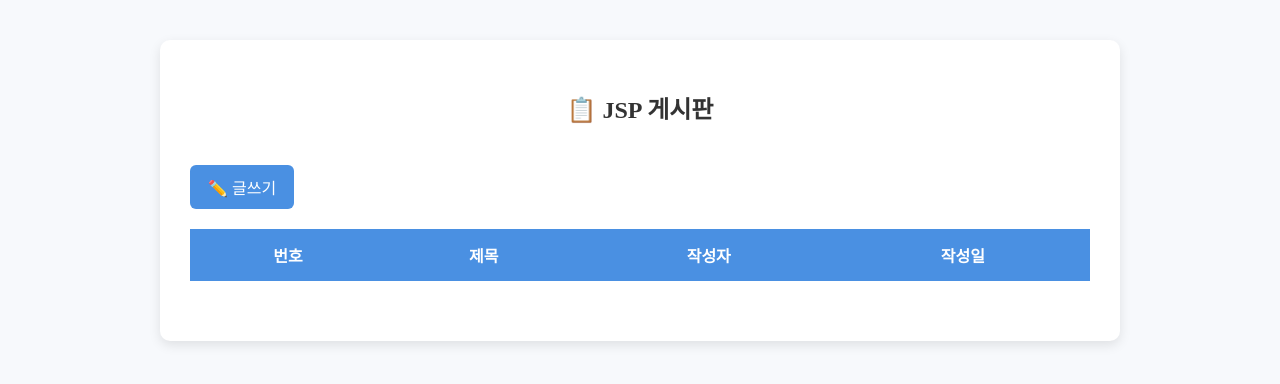
Repository: minho00123/sw-professional-training
Page: http://localhost/assignment/list
These files come from the project's save history. The page is drawn as it stood at one moment and after a run of saves; the edit follows.
The browser window is 1280 px wide. The pictures show the whole page.
The page is served by Tomcat 9. Other server files are loaded and not shown. Queries for data that is not in the repository find no rows.

Above is the page before, as saved 2025-05-03 08:03:00.

### webWorkspace/assignment/WebContent/list.jsp
<%@ page contentType="text/html; charset=UTF-8" language="java"%>
<%@ page import="java.util.List"%>
<%@ page import="com.mvc.model.*"%>
<!DOCTYPE html>
<html>
<head>
<title>📋 JSP 게시판</title>
<style>
body {
	background-color: #f7f9fc;
}

.container {
	width: 80%;
	max-width: 900px;
	margin: 40px auto;
	background-color: #fff;
	box-shadow: 0 4px 12px rgba(0, 0, 0, 0.1);
	border-radius: 10px;
	padding: 30px;
}

h2 {
	text-align: center;
	color: #333;
}

table {
	width: 100%;
	border-collapse: collapse;
	margin-top: 20px;
}

th, td {
	padding: 14px 10px;
	text-align: center;
}

th {
	background-color: #4a90e2;
	color: white;
}

tr:nth-child(even) {
	background-color: #f1f5fa;
}

tr:hover {
	background-color: #e1ecf7;
	transition: 0.3s;
}

.write-btn, .search-box {
	margin-top: 20px;
	display: flex;
	justify-content: space-between;
}

.write-btn a {
	background-color: #4a90e2;
	color: white;
	padding: 10px 18px;
	border-radius: 6px;
	text-decoration: none;
}

.pagination {
	text-align: center;
	margin-top: 30px;
}

.pagination a {
	margin: 0 5px;
	padding: 8px 12px;
	text-decoration: none;
	background-color: #eee;
	color: #333;
	border-radius: 4px;
}

.pagination a.active {
	background-color: #4a90e2;
	color: white;
}

.pagination .arrow {
	font-size: 16px;
	font-weight: bold;
}

.pagination a.arrow:hover {
	background-color: #4a90e2;
	color: white;
}

.search-box input[type="text"] {
	padding: 8px;
	width: 200px;
	border-radius: 4px;
	border: 1px solid #ccc;
}

.search-box input[type="submit"] {
	padding: 8px 12px;
	background-color: #4a90e2;
	color: white;
	border: none;
	border-radius: 4px;
	cursor: pointer;
}
</style>
</head>
<body>
	<div class="container">
		<h2>📋 JSP 게시판</h2>

		<div class="search-box">
			<div class="write-btn">
				<a href="write.jsp">✏️ 글쓰기</a>
			</div>
		</div>

		<table>
			<tr>
				<th>번호</th>
				<th>제목</th>
				<th>작성자</th>
				<th>작성일</th>
			</tr>
			<%
				List<BoardDto> boardList = (List<BoardDto>) request.getAttribute("dataList");
				int currentPage = (Integer) request.getAttribute("currentPage");
				int totalPages = (Integer) request.getAttribute("totalPages");
			%>
			<%
				for (BoardDto board : boardList) {
			%>
			<tr>
				<td><%=board.getId()%></td>
				<td style="text-align: left;"><a
					href="detail.jsp?id=<%=board.getId()%>"><%=board.getTitle()%></a></td>
				<td><%=board.getUserId()%></td>
				<td><%=board.getCreatedAt()%></td>
			</tr>
			<%
				}
			%>
		</table>

		<div class="pagination">
			<%
				int prevPage = currentPage - 1 > 0 ? currentPage - 1 : 1;
				int nextPage = currentPage + 1 <= totalPages ? currentPage + 1 : totalPages;

				int pageGroupSize = 10;
				int startPage = ((currentPage - 1) / pageGroupSize) * pageGroupSize + 1;
				int endPage = Math.min(startPage + pageGroupSize - 1, totalPages);

				int prevGroup = startPage - 1 > 0 ? startPage - 1 : 1;
				int nextGroup = endPage + 1 <= totalPages ? endPage + 1 : totalPages;
			%>

			<%
				if (startPage > 1) {
			%>
			<a class="arrow"
				href="?page=<%=prevGroup%>&keyword=<%=request.getParameter("keyword") != null ? request.getParameter("keyword") : ""%>">&lt;</a>
			<%
				}
			%>


			<%
				for (int i = startPage; i <= endPage; i++) {
					if (i == currentPage) {
			%>
			<a class="active"
				href="?page=<%=i%>&keyword=<%=request.getParameter("keyword") != null ? request.getParameter("keyword") : ""%>"><%=i%></a>
			<%
				} else {
			%>
			<a
				href="?page=<%=i%>&keyword=<%=request.getParameter("keyword") != null ? request.getParameter("keyword") : ""%>"><%=i%></a>
			<%
				}
				}
			%>

			<%
				if (endPage < totalPages) {
			%>
			<a class="arrow"
				href="?page=<%=nextGroup%>&keyword=<%=request.getParameter("keyword") != null ? request.getParameter("keyword") : ""%>">&gt;</a>
			<%
				}
			%>
		</div>
	</div>
</body>
</html>

### webWorkspace/assignment/src/com/mvc/controller/ListController.java
package com.mvc.controller;

import java.io.IOException;
import java.util.List;

import javax.servlet.RequestDispatcher;
import javax.servlet.ServletException;
import javax.servlet.http.HttpServlet;
import javax.servlet.http.HttpServletRequest;
import javax.servlet.http.HttpServletResponse;

import com.mvc.model.BoardDao;
import com.mvc.model.BoardDto;

public class ListController extends HttpServlet {
	@Override
	protected void doGet(HttpServletRequest req, HttpServletResponse resp) throws ServletException, IOException {
		int currentPage = 1;
		String keyword = req.getParameter("keyword") != null ? req.getParameter("keyword") : "";

		if (req.getParameter("page") != null) {
			currentPage = Integer.parseInt(req.getParameter("page"));
		}

		BoardDao dao = new BoardDao();
		List<BoardDto> list = dao.getList(currentPage, keyword);
		int totalCount = dao.getTotalCount(keyword);
		int totalPages = (int) Math.ceil(totalCount / 10.0);

		req.setAttribute("dataList", list);
		req.setAttribute("currentPage", currentPage);
		req.setAttribute("totalPages", totalPages);
		req.setAttribute("keyword", keyword);

		RequestDispatcher rd = req.getRequestDispatcher("list.jsp");
		rd.forward(req, resp);
	}
}

### webWorkspace/assignment/src/com/mvc/model/BoardDao.java
package com.mvc.model;

import java.sql.Connection;
import java.sql.ResultSet;
import java.sql.SQLException;
import java.sql.Statement;
import java.util.ArrayList;
import java.util.List;

import com.mvc.util.Mysql;

public class BoardDao {
	Connection conn;
	Statement stmt;
	ResultSet rs;

	public int getTotalCount(String keyword) {
		int count = 0;
		String sql = "SELECT COUNT(*) FROM board WHERE title LIKE '%" + keyword + "%' OR content LIKE '%" + keyword + "%'";

		try {
			conn = Mysql.getConnection();
			stmt = conn.createStatement();
			rs = stmt.executeQuery(sql);
			if (rs.next()) {
				count = rs.getInt(1);
			}
		} catch (SQLException e) {
			e.printStackTrace();
		} finally {
			try {
				if (rs != null) {
					rs.close();
				}

				if (stmt != null) {
					stmt.close();
				}

				if (conn != null) {
					conn.close();
				}
			} catch (SQLException e) {
				e.printStackTrace();
			}
		}

		return count;
	}

	public List<BoardDto> getList(int page, String keyword) {
		List<BoardDto> list = new ArrayList<BoardDto>();
		int limit = 10;
		String sql = "SELECT * FROM (SELECT * FROM board WHERE (title LIKE '%" + keyword + "%' OR content LIKE '%" + keyword + "%') "
                + "AND id > (SELECT MAX(id) - " + limit + "*" + page + " FROM board) "
                + "AND id <= (SELECT MAX(id) - " + limit + "*(" + page + "- 1) FROM board) LIMIT " + limit
                + ") AS A ORDER BY id DESC";

		try {
			conn = Mysql.getConnection();
			stmt = conn.createStatement();
			rs = stmt.executeQuery(sql);
			while (rs.next()) {
				list.add(new BoardDto(rs.getInt("id"), rs.getString("userId"), rs.getString("title"),
						rs.getString("content"), rs.getDate("created_at"), rs.getDate("updated_at")));
			}
		} catch (SQLException e) {
			e.printStackTrace();
		} finally {
			try {
				if (rs != null) {
					rs.close();
				}

				if (stmt != null) {
					stmt.close();
				}

				if (conn != null) {
					conn.close();
				}
			} catch (SQLException e) {
				e.printStackTrace();
			}
		}

		return list;
	}
}

### webWorkspace/assignment/src/com/mvc/util/Mysql.java
package com.mvc.util;

import java.sql.Connection;
import java.sql.DriverManager;
import java.sql.SQLException;

import com.mysql.cj.jdbc.Driver;

public class Mysql {
	private static Connection conn;
	private static String driver = Driver.class.getCanonicalName();
	private static String url = "jdbc:mysql://localhost:3306/xe";
	private static String user = "scott";
	private static String password = "tiger";

	private Mysql() {
	}

	public static Connection getConnection() {
		try {
			Class.forName(driver);

			if (conn == null || conn.isClosed()) {
				conn = DriverManager.getConnection(url, user, password);
			}
		} catch (ClassNotFoundException e) {
			e.printStackTrace();
		} catch (SQLException e) {
			e.printStackTrace();
		}

		return conn;
	}

}

After the next 2 saves:
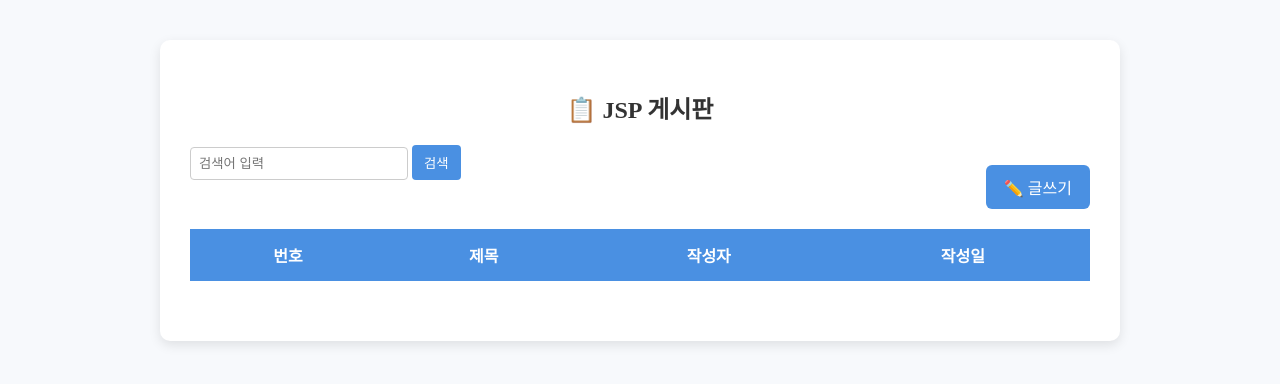
The 2 saves are shown as one change because they came seconds apart.
The last was saved 23 s later.
--- a/webWorkspace/assignment/WebContent/list.jsp
+++ b/webWorkspace/assignment/WebContent/list.jsp
@@ -115,6 +115,11 @@ tr:hover {
 		<h2>📋 JSP 게시판</h2>
 
 		<div class="search-box">
+			<form method="get" action="/">
+				<input type="text" name="keyword"
+					value="<%=request.getAttribute("keyword") != null ? request.getAttribute("keyword") : ""%>"
+					placeholder="검색어 입력"> <input type="submit" value="검색">
+			</form>
 			<div class="write-btn">
 				<a href="write.jsp">✏️ 글쓰기</a>
 			</div>
@@ -149,49 +154,18 @@ tr:hover {
 
 		<div class="pagination">
 			<%
-				int prevPage = currentPage - 1 > 0 ? currentPage - 1 : 1;
-				int nextPage = currentPage + 1 <= totalPages ? currentPage + 1 : totalPages;
-
-				int pageGroupSize = 10;
-				int startPage = ((currentPage - 1) / pageGroupSize) * pageGroupSize + 1;
-				int endPage = Math.min(startPage + pageGroupSize - 1, totalPages);
-
-				int prevGroup = startPage - 1 > 0 ? startPage - 1 : 1;
-				int nextGroup = endPage + 1 <= totalPages ? endPage + 1 : totalPages;
-			%>
-
-			<%
-				if (startPage > 1) {
-			%>
-			<a class="arrow"
-				href="?page=<%=prevGroup%>&keyword=<%=request.getParameter("keyword") != null ? request.getParameter("keyword") : ""%>">&lt;</a>
-			<%
-				}
-			%>
-
-
-			<%
-				for (int i = startPage; i <= endPage; i++) {
+				for (int i = 1; i <= totalPages; i++) {
 					if (i == currentPage) {
 			%>
 			<a class="active"
-				href="?page=<%=i%>&keyword=<%=request.getParameter("keyword") != null ? request.getParameter("keyword") : ""%>"><%=i%></a>
+				href="?page=<%=i%>&keyword=<%=request.getAttribute("keyword") != null ? request.getAttribute("keyword") : ""%>"><%=i%></a>
 			<%
 				} else {
 			%>
 			<a
-				href="?page=<%=i%>&keyword=<%=request.getParameter("keyword") != null ? request.getParameter("keyword") : ""%>"><%=i%></a>
+				href="?page=<%=i%>&keyword=<%=request.getAttribute("keyword") != null ? request.getAttribute("keyword") : ""%>"><%=i%></a>
 			<%
 				}
-				}
-			%>
-
-			<%
-				if (endPage < totalPages) {
-			%>
-			<a class="arrow"
-				href="?page=<%=nextGroup%>&keyword=<%=request.getParameter("keyword") != null ? request.getParameter("keyword") : ""%>">&gt;</a>
-			<%
 				}
 			%>
 		</div>
